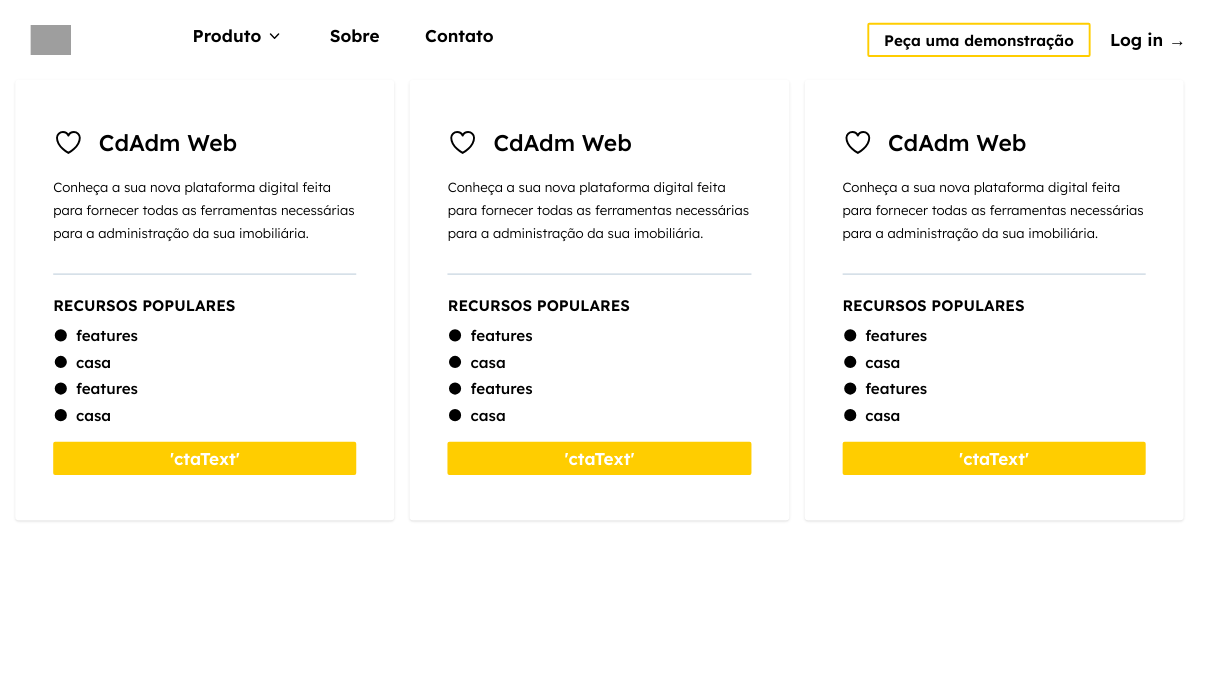
Repository: VereAbsolutum/site-institucional
Page: /
The author's editor kept a copy of each file at every save. The page is drawn from the files as they stood at one save, then again after the next save.
The browser window is 1280 px wide. The pictures show the whole page, at 95% of full size.
Pictures or frames that could not be fetched are drawn as grey boxes. The project was rebuilt for these pictures with package versions that can differ from the ones it lists, and the page was loaded fresh each time. Also part of the build but not shown: vite.config.ts, src/presentation/components/buttons/button-primary.tsx, src/presentation/components/links/link-border-primary.tsx, src/presentation/components/links/link-border-white.tsx, src/presentation/components/typography/display.tsx, src/presentation/components/typography/heading1.tsx, src/presentation/components/typography/heading2.tsx, src/presentation/components/typography/heading3.tsx and 4 more.

Above is the page before, as saved 2023-04-14 21:27:20.

### src/App.tsx
import React from 'react'
import { BrowserRouter, Routes, Route } from "react-router-dom"
import { Home, NotFound } from './presentation/pages'

const App: React.FC = () => {
  return (
    <BrowserRouter >
      <Routes>
        <Route path='/' element={<Home />} />
        <Route path='*' element={<NotFound />} />
      </Routes>
    </BrowserRouter>
  )
}

export default App

### src/index.css
@import url("https://fonts.googleapis.com/css?family=lexend+Deca:300,500,600|Playfair+Display:500");

:root {
    --font-family-lexend_deca: "Lexend Deca";
    --font-family-playfair_display: "Playfair Display";
    font-family: 'Lexend Deca', sans-serif;
}

@tailwind base;
@tailwind components;
@tailwind utilities;

### src/presentation/pages/index.ts
export { default as Home } from './home/home'
export { default as NotFound } from './not-found/notFound'

### src/presentation/pages/home/home.tsx
import React from 'react';
import { ButtonBorderPrimary, ButtonPrimary, Header, LinkBorderPrimary, LinkBorderWhite, LinkPrimary, TextCaption, TextDisplay, TextHeading1, TextHeading2, TextHeading3, TextMenu, TextParagraph, TextParagraphSmall } from '../../components';
import ProductCard from '../../components/card/product-card';

const home: React.FC = () => {
    return (
        <>
            <Header />
            <main>
                <section>
                    {/* <div className='inline-flex flex-col space-y-4'>
                        <ButtonBorderPrimary label='click here' />
                        <ButtonPrimary label='click here' />
                        <LinkPrimary>
                            Link to click
                        </LinkPrimary>
                        <LinkBorderPrimary>
                            Link to click
                        </LinkBorderPrimary>
                        <LinkBorderWhite>
                            Link to click
                        </LinkBorderWhite>
                        <TextDisplay>Display</TextDisplay>
                        <TextHeading1>Heading 1</TextHeading1>
                        <TextHeading2>Heading 2</TextHeading2>
                        <TextHeading3>Heading 3</TextHeading3>
                        <TextParagraph>Paragraph</TextParagraph>
                        <TextParagraphSmall>Paragraph Small</TextParagraphSmall>
                        <TextCaption>Caption</TextCaption>
                        <TextMenu>Menu</TextMenu>
                    </div> */}

                </section>

                <section className='container'>
                    <div className='flex gap-4 flex-wrap'>
                        <ProductCard></ProductCard>
                        <ProductCard></ProductCard>
                        <ProductCard></ProductCard>
                    </div>

                </section>
            </main>
        </>


    );
};

export default home;

### src/presentation/components/index.ts
export { default as Header } from './header/header'

export { default as ButtonBase } from './buttons/button-base'
export { default as ButtonBorderPrimary } from './buttons/button-border-primary'
export { default as ButtonPrimary } from './buttons/button-primary'

export { default as LinkBase } from './links/link-base'
export { default as LinkPrimary } from './links/link-primary'
export { default as LinkBorderPrimary } from './links/link-border-primary'
export { default as LinkBorderWhite } from './links/link-border-white'

export { default as TextBase } from './typography/text-base'
export { default as TextDisplay } from './typography/display'
export { default as TextHeading1 } from './typography/heading1'
export { default as TextHeading2 } from './typography/heading2'
export { default as TextHeading3 } from './typography/heading3'
export { default as TextParagraph } from './typography/paragraph'
export { default as TextParagraphSmall } from './typography/paragraph-small'
export { default as TextCaption } from './typography/caption'
export { default as TextMenu } from './typography/menu'

### src/presentation/components/card/product-card.tsx
import { HeartIcon } from '@heroicons/react/24/outline';
import React from 'react';
import { LinkPrimary, TextParagraphSmall } from '..';

type ProductCardProps = {
    imageUrl: string;
    title: string;
    description: string;
    features: string[];
    ctaText: string;
    ctaHref: string;
};

const ProductCard: React.FC = () => {
    return (
        <div className="bg-white p-6 rounded shadow px-10 py-12 w-[32%]">
            <div className="flex flex-col">
                <div className="flex items-center mb-4">
                    <HeartIcon className="w-8 h-auto mr-4 text-blue-500" />
                    <h3 className="font-medium text-[24px]">CdAdm Web</h3>
                </div>
                <div>
                    <p className="mb-8">
                        <TextParagraphSmall>
                            Conheça a sua nova plataforma digital feita para fornecer todas as ferramentas necessárias para a administração da sua imobiliária.
                        </TextParagraphSmall>
                    </p>
                    <div className='border-t-black border-t border-solid pt-5'>
                        <h4 className="font-semibold mb-2">RECURSOS POPULARES</h4>
                        <ul className="list-none mb-4">
                            {["features", "casa", "features", "casa"].map((feature, index) => (
                                <li key={index} className="flex items-center mb-1">
                                    <svg className="w-4 h-4 mr-2 text-green-500" viewBox="0 0 20 20" fill="currentColor">
                                        <path d="M10 18a8 8 0 100-16 8 8 0 000 16zm1-13a1 1 0 10-2 0v4a1 1 0 00.293.707l2.828 2.829a1 1 0 101.415-1.415L11 9.586V5z"></path>
                                    </svg>
                                    {feature}
                                </li>
                            ))}
                        </ul>
                        <div>
                            <LinkPrimary className="text-white flex justify-center" href="#">
                                'ctaText'
                            </LinkPrimary>
                        </div>
                    </div>
                </div>
            </div>
        </div>
    );
};

export default ProductCard;

### src/presentation/components/header/header.tsx
import React, { useState } from 'react'
import {
    Bars3Icon,
    ChartPieIcon,
    CursorArrowRaysIcon,
    FingerPrintIcon,
} from '@heroicons/react/24/outline'
import { PhoneIcon, PlayCircleIcon } from '@heroicons/react/20/solid'
import { MainMenu, MobileMenu } from './components'
import { ButtonBorderPrimary } from '..'

const products = [
    { name: 'CdAdm Web', description: 'Get a better understanding of your traffic', href: '#', icon: ChartPieIcon },
    { name: 'CdAdm Grafico', description: 'Speak directly to your customers', href: '#', icon: CursorArrowRaysIcon },
    { name: 'CdFin', description: 'Your customers’ data will be safe and secure', href: '#', icon: FingerPrintIcon }
]
const callsToAction = [
    { name: 'Assista a Demo', href: '#', icon: PlayCircleIcon },
    { name: 'Contato', href: '#', icon: PhoneIcon },
]

function classNames(...classes: string[]) {
    return classes.filter(Boolean).join(' ');
}

const header: React.FC = () => {
    const [mobileMenuOpen, setMobileMenuOpen] = useState(false)

    return (
        <header className="bg-white">
            <nav className="mx-auto flex max-w-7xl items-center justify-between p-6 lg:px-8" aria-label="Global">

                <div className="flex lg:flex-1">
                    <a href="#" className="-m-1.5 p-1.5">
                        <span className="sr-only">SCordon</span>
                        <img className="h-8 w-auto" src="https://tailwindui.com/img/logos/mark.svg?color=indigo&shade=600" alt="" />
                    </a>

                    {/* main menu */}
                    <div className='ml-32'>
                        <MainMenu products={products} />
                    </div>
                </div>

                <div className="flex lg:hidden">
                    {/* Button */}
                    <button
                        type="button"
                        className="-m-2.5 inline-flex items-center justify-center rounded-md p-2.5 text-gray-700"
                        onClick={() => setMobileMenuOpen(true)}
                    >
                        <span className="sr-only">Open main menu</span>
                        <Bars3Icon className="h-6 w-6" aria-hidden="true" />
                    </button>
                </div>



                <div className="hidden lg:flex lg:flex-1 lg:justify-end align-items: center">
                    <div className='mr-5'>
                        <ButtonBorderPrimary label='Peça uma demonstração' />
                    </div>
                    <div className="flex items-center">
                        <a href="#" className="text-lg font-medium leading-6 font-semibold">
                            Log in <span aria-hidden="true">&rarr;</span>
                        </a>
                    </div>
                    {/* Button */}
                </div>
            </nav>

            <MobileMenu
                mobileMenuOpen={mobileMenuOpen}
                setMobileMenuOpen={setMobileMenuOpen}
                products={products}
                callsToAction={callsToAction}
            />
        </header>
    )
}

export default header

### src/presentation/components/buttons/button-base.tsx
import React from 'react'

export type ButtonProps = React.ButtonHTMLAttributes<HTMLButtonElement> & {
    label: string;
    className?: string;
};

const buttonBase: React.FC<ButtonProps> = ({ label, className, ...rest }) => {
    const baseClasses =
        'font-semibold rounded-sm hover:bg-blue-700 focus:outline-none focus:ring-2 focus:ring-blue-400 focus:ring-opacity-75';

    return (
        <button className={`${baseClasses} ${className}`} {...rest}>
            {label}
        </button>
    );
};

export default buttonBase;

### src/presentation/components/buttons/button-border-primary.tsx
// BorderedButton.tsx
import React from 'react';
import { ButtonBase } from '..';
import { ButtonProps } from './button-base';

const buttonBorderPrimary: React.FC<ButtonProps> = ({ className, ...rest }) => {
    const baseClasses = 'px-4 py-1 border-2 border-yellow bg-transparent border border-blue-500 text-blue-500 hover:bg-blue-500';

    return <ButtonBase className={`${baseClasses} ${className}`} {...rest} />;
};

export default buttonBorderPrimary;

### src/presentation/components/links/link-base.tsx
import React from 'react';

export type LinkBaseProps = React.AnchorHTMLAttributes<HTMLAnchorElement> & {
    className?: string;
};

const linkBase: React.FC<LinkBaseProps> = ({ children, className, ...rest }) => {
    const baseClasses =
        'font-semibold cursor-pointer rounded-sm hover:bg-blue-700 focus:outline-none focus:ring-2 focus:ring-blue-400 focus:ring-opacity-75';

    return (
        <a className={`${baseClasses} ${className}`} {...rest}>
            {children}
        </a>
    );
};

export default linkBase;

### src/presentation/components/links/link-primary.tsx
// FilledButton.tsx
import React from 'react';
import { LinkBase } from '..';
import { LinkBaseProps } from './link-base';

const linkPrimary: React.FC<LinkBaseProps> = ({ className, ...rest }) => {
    const baseClasses = 'px-4 py-1 bg-blue-500 bg-yellow hover:bg-blue-700 text-lg font-medium';

    return <LinkBase className={`${baseClasses} ${className}`} {...rest} />;
};

export default linkPrimary;

### src/presentation/components/typography/text-base.tsx
import React from 'react';

export type TextBaseProps = React.HTMLAttributes<HTMLSpanElement> & {
    className?: string;
};

const textBase: React.FC<TextBaseProps> = ({ children, className, ...rest }) => {
    const baseClasses = '';

    return (
        <span className={`${baseClasses} ${className}`} {...rest}>
            {children}
        </span>
    );
};

export default textBase;

### src/presentation/components/typography/paragraph-small.tsx
import React from 'react';
import { TextBase } from '..';
import { TextBaseProps } from './text-base';

const textParagraphSmall: React.FC<TextBaseProps> = ({ children, className, ...rest }) => {
    const baseClasses = 'text-sm font-light';

    return (
        <TextBase className={baseClasses} {...rest}>
            {children}
        </TextBase>
    );
};

export default textParagraphSmall;

### src/presentation/components/header/components/index.ts
export { default as MobileMenu } from './mobile-menu'
export { default as MainMenu } from './main-menu'

### src/presentation/components/header/components/mobile-menu.tsx
import React from 'react'
import { Dialog, Disclosure } from '@headlessui/react'
import { ChevronDownIcon, XMarkIcon } from '@heroicons/react/24/outline'
import { ButtonFilled } from '../..';

function classNames(...classes: string[]) {
    return classes.filter(Boolean).join(' ');
}

export type MobileMenuProps = {
    mobileMenuOpen: boolean
    setMobileMenuOpen: (open: boolean) => void
    products: Array<{
        name: string
        description: string
        href: string
        icon: any
    }>
    callsToAction: Array<{
        name: string
        href: string
        icon: any
    }>
}

const mobileMenu: React.FC<MobileMenuProps> = ({ mobileMenuOpen, setMobileMenuOpen, products, callsToAction }) => {
    return (
        <Dialog as="div" className="lg:hidden" open={mobileMenuOpen} onClose={setMobileMenuOpen}>
            <div className="fixed inset-0 z-10" />

            {/* Mobile Menu */}
            <Dialog.Panel className="fixed inset-y-0 right-0 z-10 w-full overflow-y-auto bg-white px-6 py-6 sm:max-w-sm sm:ring-1 sm:ring-gray-900/10">
                <div className="flex items-center justify-between">
                    <a href="#" className="-m-1.5 p-1.5">
                        <span className="sr-only">Your Company</span>
                        <img
                            className="h-8 w-auto"
                            src="https://tailwindui.com/img/logos/mark.svg?color=indigo&shade=600"
                            alt=""
                        />
                    </a>


                    <button
                        type="button"
                        className="-m-2.5 rounded-md p-2.5 text-gray-700"
                        onClick={() => setMobileMenuOpen(false)}
                    >
                        <span className="sr-only">Close menu</span>
                        <XMarkIcon className="h-6 w-6" aria-hidden="true" />
                    </button>

                </div>

                <div className="mt-6 flow-root">
                    <div className="-my-6 divide-y divide-gray-500/10">
                        <div className="space-y-2 py-6">
                            <Disclosure as="div" className="-mx-3">
                                {({ open }) => (
                                    <>
                                        <Disclosure.Button className="flex w-full font-medium text-lg  items-center justify-between rounded-lg py-2 pl-3 pr-3.5 leading-7 hover:bg-gray-50">
                                            Product
                                            <ChevronDownIcon
                                                className={classNames(open ? 'rotate-180' : '', 'h-5 w-5 flex-none')}
                                                aria-hidden="true"
                                            />
                                        </Disclosure.Button>
                                        <Disclosure.Panel className="mt-2 space-y-2">
                                            {[...products, ...callsToAction].map((item) => (
                                                <Disclosure.Button
                                                    key={item.name}
                                                    as="a"
                                                    href={item.href}
                                                    className="block rounded-lg py-2 pl-6 pr-3 text-sm font-semibold leading-7 text-gray-900 hover:bg-gray-50"
                                                >
                                                    {item.name}
                                                </Disclosure.Button>
                                            ))}
                                        </Disclosure.Panel>
                                    </>
                                )}
                            </Disclosure>
                            <a
                                href="#"
                                className="-mx-3 block rounded-lg px-3 py-2 font-medium text-lg leading-7 text-gray-900 hover:bg-gray-50"
                            >
                                Features
                            </a>
                            <a
                                href="#"
                                className="-mx-3 block rounded-lg px-3 py-2 font-medium text-lg leading-7 hover:bg-gray-50"
                            >
                                Marketplace
                            </a>
                            <a
                                href="#"
                                className="-mx-3 block rounded-lg px-3 py-2 font-medium text-lg leading-7 hover:bg-gray-50"
                            >
                                Company
                            </a>
                        </div>

                        <div className="py-6">
                            <a
                                href="#"
                                className="-mx-3 block rounded-lg px-3 py-2.5 font-medium text-lg leading-7 hover:bg-gray-50"
                            >
                                Log in
                            </a>
                        </div>
                    </div>
                </div>
            </Dialog.Panel>
        </Dialog>
    )
}

export default mobileMenu

### src/presentation/components/header/components/main-menu.tsx
import React, { Fragment } from 'react'
import { Popover, Transition } from '@headlessui/react'
import { ChevronDownIcon } from '@heroicons/react/20/solid'
import { PlayCircleIcon, PhoneIcon } from '@heroicons/react/20/solid'
import { Product } from './header-types'

const callsToAction = [
    { name: 'Watch demo', href: '#', icon: PlayCircleIcon },
    { name: 'Contact sales', href: '#', icon: PhoneIcon },
]

export type MainMenuProps = { products: Product[] }

const MainMenu: React.FC<MainMenuProps> = ({ products }) => {
    return (
        <Popover.Group className="hidden lg:flex lg:gap-x-12">
            <Popover className="relative">
                <Popover.Button className="flex items-center gap-x-1 text-lg  font-semibold  leading-6">
                    Produto
                    <ChevronDownIcon className="h-5 w-5 flex-none text-gray-400" aria-hidden="true" />
                </Popover.Button>

                <Transition
                    as={Fragment}
                    enter="transition ease-out duration-200"
                    enterFrom="opacity-0 translate-y-1"
                    enterTo="opacity-100 translate-y-0"
                    leave="transition ease-in duration-150"
                    leaveFrom="opacity-100 translate-y-0"
                    leaveTo="opacity-0 translate-y-1"
                >
                    <Popover.Panel className="absolute -left-8 top-full z-10 mt-3 w-screen max-w-md overflow-hidden rounded-3xl bg-white shadow-lg ring-1 ring-gray-900/5">
                        <div className="p-4">
                            {products.map((item) => (
                                <div
                                    key={item.name}
                                    className="group relative flex items-center gap-x-6 rounded-lg p-4 text-sm leading-6 hover:bg-gray-50"
                                >
                                    <div className="flex h-11 w-11 flex-none items-center justify-center rounded-lg bg-gray-50 group-hover:bg-white">
                                        <item.icon className="h-6 w-6 text-gray-600 group-hover:text-indigo-600" aria-hidden="true" />
                                    </div>
                                    <div className="flex-auto">
                                        <a href={item.href} className="block font-semibold text-gray-900">
                                            {item.name}
                                            <span className="absolute inset-0" />
                                        </a>
                                        <p className="mt-1 text-gray-600">{item.description}</p>
                                    </div>
                                </div>
                            ))}
                        </div>
                        <div className="grid grid-cols-2 divide-x divide-gray-900/5 bg-gray">  </div>
                        <div className="grid grid-cols-2 divide-x divide-gray-900/5 bg-gray-50">
                            {callsToAction.map((item) => (
                                <a
                                    key={item.name}
                                    href={item.href}
                                    className="flex items-center justify-center gap-x-2.5 p-3 text-sm font-semibold leading-6 text-gray-900 hover:bg-gray-100"
                                >
                                    <item.icon className="h-5 w-5 flex-none text-gray-400" aria-hidden="true" />
                                    {item.name}
                                </a>
                            ))}
                        </div>
                    </Popover.Panel>
                </Transition>
            </Popover>

            <a href="#" className="text-lg  font-semibold  leading-6 text-gray-900">
                Sobre
            </a>
            <a href="#" className="text-lg  font-semibold  leading-6 text-gray-900">
                Contato
            </a>
        </Popover.Group>
    )
}

export default MainMenu

### tailwind.config.js
/** @type {import('tailwindcss').Config} */
export default {
  content: [
    "./index.html",
    "./src/**/*.{js,ts,jsx,tsx}",
  ],
  theme: {
    fontFamily: {
      display: ['Playfair Display', 'serif'],
      sans: ['Lexend Deca', 'sans-serif']
    },
    container: {
      center: true,
      padding: '1rem',
      screens: {
        sm: '640px',
        md: '768px',
        lg: '1024px',
        xl: '1280px',
        '2xl': '1536px',
      },
    },
    colors: {
      yellow: '#FFCD00',
      black: '#1A1A1A',
      blue: '#2E475D',
      white: '#FFFFFF',
    },
    fontSize: {
      xs: '12px',
      sm: '14px',
      base: '16px',
      lg: '18px',
      xl: '22px',
      xxl: '32px',
      '2xl': '38px',
      '3xl': '59px'
    },
    extend: {
      borderColor: {
        'black': '#b6c7d6',
      },
    },
  },
  plugins: [],
}

Loaded but not shown: index.html (common file); src/main.tsx (common file)

After the next save:
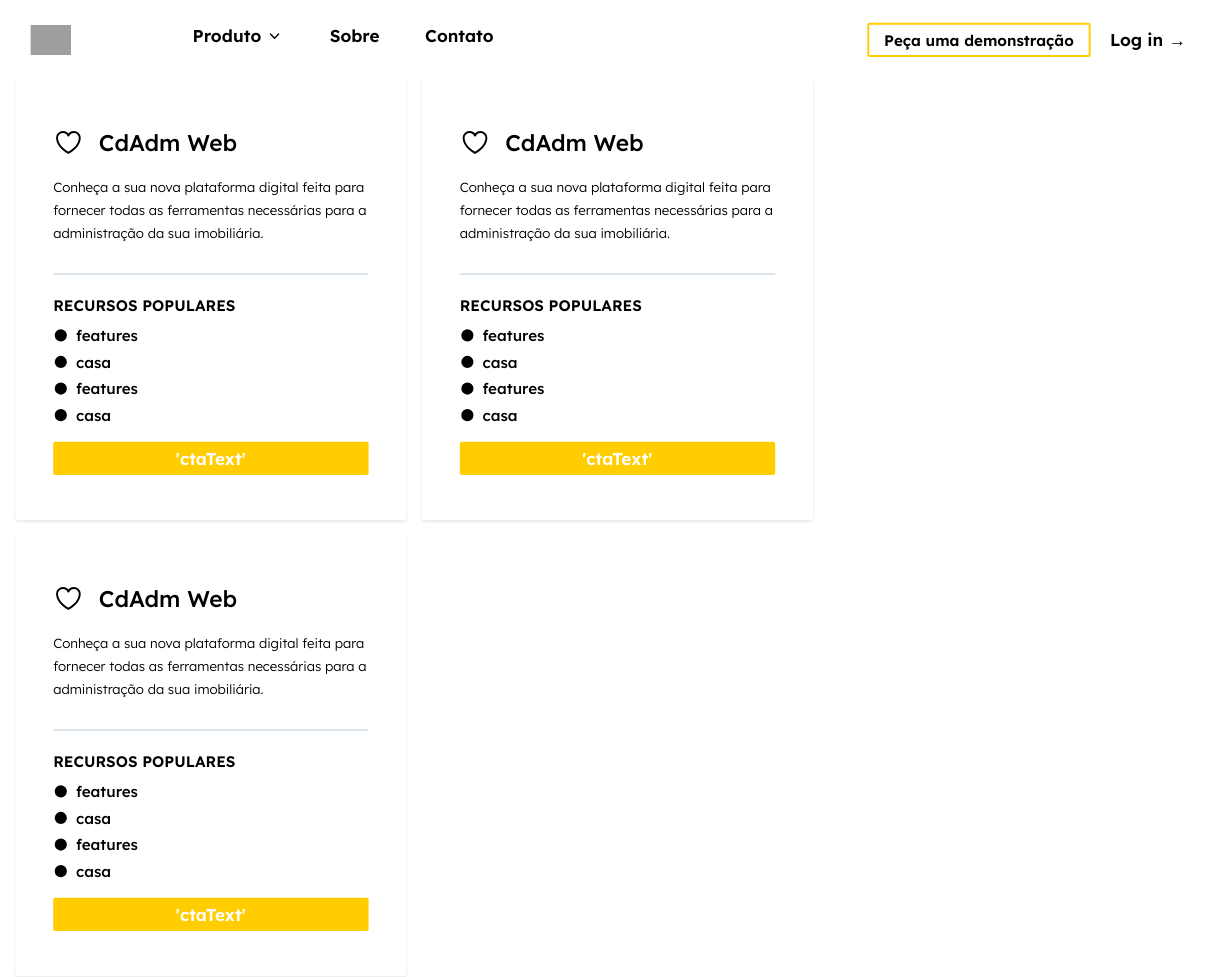
Saved 4 s later.
--- a/src/presentation/components/card/product-card.tsx
+++ b/src/presentation/components/card/product-card.tsx
@@ -13,7 +13,7 @@ type ProductCardProps = {
 
 const ProductCard: React.FC = () => {
     return (
-        <div className="bg-white p-6 rounded shadow px-10 py-12 w-[32%]">
+        <div className="bg-white p-6 rounded shadow px-10 py-12 w-[33%]">
             <div className="flex flex-col">
                 <div className="flex items-center mb-4">
                     <HeartIcon className="w-8 h-auto mr-4 text-blue-500" />
